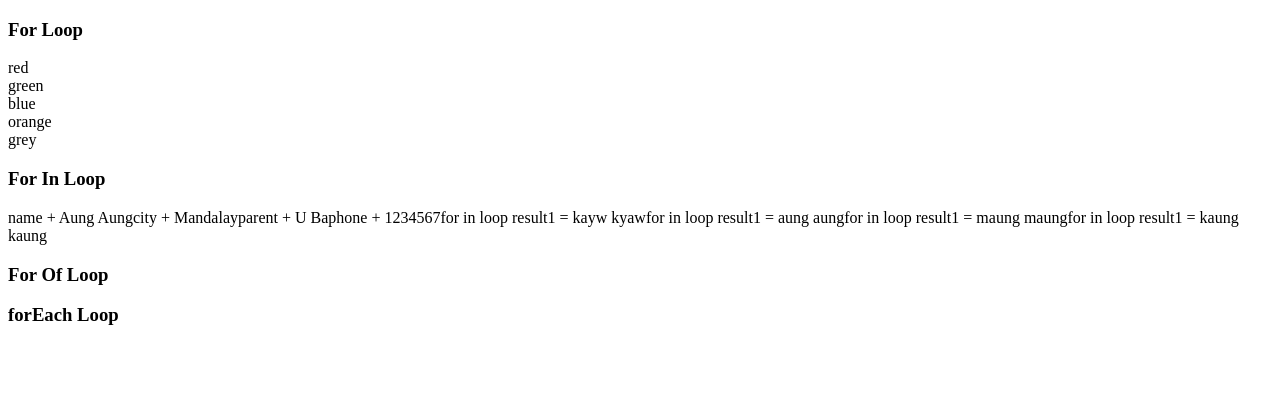
Repository: hsumyatm7308/es6batch1
Page: l3iteration.html
These files come from the project's save history. The page is drawn as it stood at one moment and after the next save; the edit follows.
The browser window is 1280 px wide. The pictures show the whole page.

Above is the page before, as saved 2023-12-06 07:09:17.

### l3iteration.html
<!DOCTYPE html>
<html lang="en">

<head>
    <meta charset="UTF-8">
    <meta name="viewport" content="width=device-width, initial-scale=1.0">
    <title>Iteration</title>
</head>

<body>

    <script type="text/javascript">
        // =>Array Call Back Method

        // forEach
        // map
        // filter
        // find
        // reduce
        // some
        // every

        // for(let x =0; x < array.length; x++){
        //     code to be executed
        // }

        // for (let key in obj){
        //     code to be executed
        // }

        // for (let value of array) {
        //  code to be executed
        // }

        document.write("<h3>For Loop</h3>")

        let mycolors = ["red","green","blue","orange","grey"];

        for (let x =0; x < mycolors.length; x++){
            document.write(mycolors[x]+"<br>");
        }


        document.write("<h3>For In Loop</h3>")

        let customers = {
            name:"Aung Aung",
            city:"Mandalay",
            parent:"U Ba",
            phone:"1234567"
        };

        for ( let key in customers){
            console.log(key);
            console.log(customers.key) //undefined
            document.write(`${key} + ${customers[key]}`)
        }

        const ourteam = ["kayw kyaw","aung aung","maung maung","kaung kaung"];
        for(idx in ourteam){
            document.write("for in loop result1 = "+ ourteam[idx])
        }


        document.write("<h3>For Of Loop</h3>")

        const members = ["su su","lu lu","nu nu","yu yu"]
        for(let member of members){
            console.log(member);

        }

        document.write("<h3>forEach Loop </h3>")

        const students = ["su su","lu lu","nu nu","yu yu","pu pu"]

        students.forEach(student=>{
            console.log(student);
        })

    </script>

</body>

</html>

After the next save:
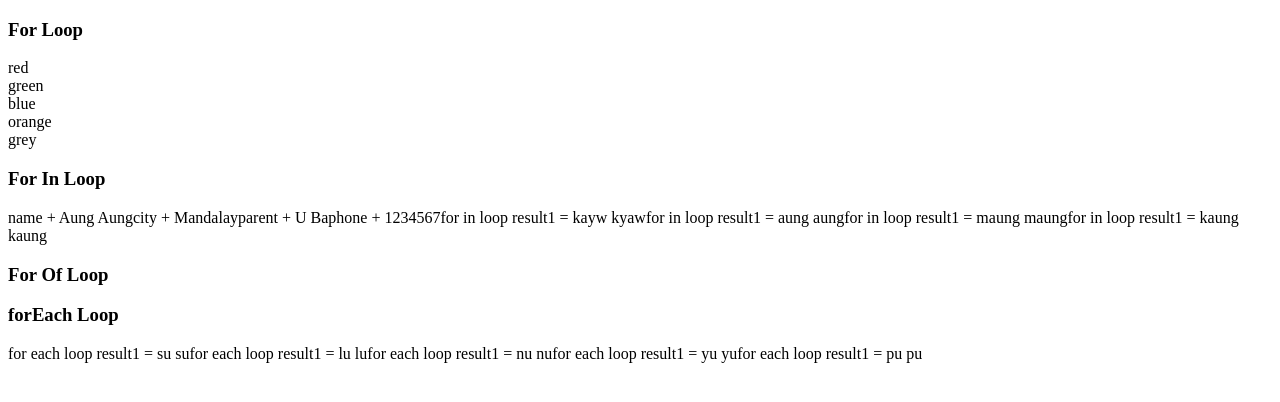
Saved 2 min 5 s later.
--- a/l3iteration.html
+++ b/l3iteration.html
@@ -76,6 +76,8 @@
 
         students.forEach(student=>{
             console.log(student);
+            document.write("for each loop result1 = "+ student)
+
         })
 
     </script>
